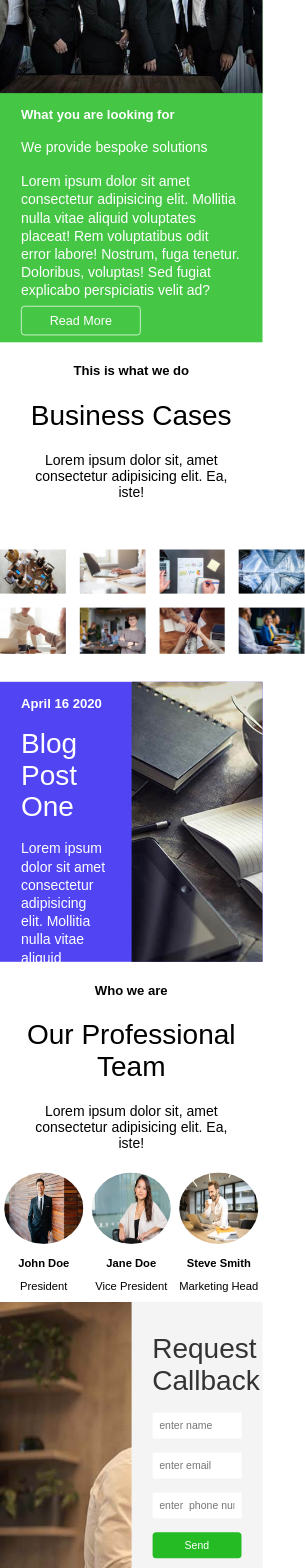
Repository: reemoon-ctrl/swiftdisk-Website-Flexbox
Page: index.html
The author's editor kept a copy of each file at every save. The page is drawn from the files as they stood at one save, then again after the next save.
The browser window is 375 px wide. The page is 435 px wide, so the pictures cover 435 px, including what lies to the right of the window. The pictures show the part of the page from y = 1900 to 4140 px (the page is 4272 px tall before and 4207 px after), at 70% of full size.
Some web fonts or font styles are not loaded; a fallback is used.

Above is the page before, as saved 2024-07-28 10:14:17.

### index.html
<!DOCTYPE html>
<html lang="en">
<head>
    <meta charset="UTF-8">
    <meta name="viewport" content="width=device-width, initial-scale=1.0">
    <title>
        Swift Desk
    </title>
    <link rel="stylesheet" href="https://cdnjs.cloudflare.com/ajax/libs/pretendard-gov/1.3.9/variable/pretendardvariable-gov.css" integrity="sha512-8+hQBaMPOtCpDlrIo2m0mrtjxkbHDG7Qn6+ftvl8QmG21EGNQTP8Qi76h2VgHyol77soXLVZuuZDX953JC10hw==" crossorigin="anonymous" referrerpolicy="no-referrer" />
    <link rel="stylesheet" href="https://cdnjs.cloudflare.com/ajax/libs/font-awesome/6.0.0-beta3/css/all.min.css">

    <link rel="stylesheet" href="index.css">
    <link rel="stylesheet" href="media.css">
</head>
<body>
    <div class="show-case">
        <header>
            <div class="nav-bar">
                <div class="title-bar">
                    <i class="fas fa-desktop fa-2x" style="color: rgb(37, 187, 37)"></i>
                    <h1 class="title"><span class="fword"> Swift</span>Desk</h1>
                </div>
                <div class="link-bar">
                    <a href="index.html">Home</a>
                    <a href="#about">About</a>
                    <a href="#cases">Cases</a>
                    <a href="#blog">Blog</a>
                    <a href="#contact">Contact</a>
                </div>
            </div>
        </header>
        <header class="hd-content">
            <h1>The Sky Is The Limit</h1>
            <p>We provide world class financial assistance
            </p>
            <a href=""><i class="fas fa-chevron-right "></i> Read More</a>

        </header>

    </div>
    <main>
        <div class="about-section">
            <ul id="about"class="about-srvice" >
                <li><i class="fas fa-university " ></i>
                    <h3>Portfolio Manager</h3>
                    <p>Lorem ipsum dolor sit, amet consectetur
                         adipisicing elit. Voluptate, voluptas!</p>
                </li>
                <li><i class="fas fa-book-open-reader " ></i>
                    <h3>Portfolio Manager</h3>
                    <p>Lorem ipsum dolor sit, amet consectetur
                         adipisicing elit. Voluptate, voluptas!</p></li>
                <li><i class="fas fa-pen-fancy " ></i>
                    <h3>Tax&Custodial</h3>
                    <p>Lorem ipsum dolor sit, amet consectetur
                         adipisicing elit. Voluptate, voluptas!</p></li>
            </ul>
        </div>
        <div>
            <div class="solutions">
                <div class="img"></div>
                <div class="solution-content">
                    <h3>What you are looking for</h3>
                    <h2>We provide bespoke solutions</h2>
                    <p>Lorem ipsum dolor sit amet consectetur
                        adipisicing elit. Mollitia nulla vitae aliquid voluptates placeat! Rem voluptatibus odit error labore! Nostrum, fuga tenetur. Doloribus, voluptas! Sed
                        fugiat explicabo perspiciatis velit ad?</p>
                    <a href="index.html">Read More</a>
                 </div>
            </div>
        </div>
        <div class="Business-case" id="cases">
            <div class="Business-case-content">
                <h3>This is what we do</h3>
                <h2>Business Cases</h2>
                <p>Lorem ipsum dolor sit, amet consectetur
                     adipisicing elit. Ea, iste!</p>
            </div>
            <div class="BC-image">
                <img class="BCimg BCimg1" src="/img/cases/cases1.jpg" alt="">
                <img  class="BCimg BCimg2" src="/img/cases/cases2.jpg" alt="">
                <img class="BCimg BCimg3" src="/img/cases/cases3.jpg" alt="">
                <img class="BCimg BCimg4" src="/img/cases/cases4.jpg" alt="">
                <img class="BCimg BCimg5" src="/img/cases/cases5.jpg" alt="">
                <img class="BCimg BCimg6" src="/img/cases/cases6.jpg" alt="">
                <img class="BCimg BCimg7" src="/img/cases/cases7.jpg" alt="">
                <img class="BCimg BCimg8" src="/img/cases/cases8.jpg" alt="">
            </div>
        </div>

        <div>
            <div class="blog" id="blog">
                <div class="img"></div>
                <div class="blog-content">
                    <h3>April 16 2020</h3>
                    <h2>Blog Post One</h2>
                    <p>Lorem ipsum dolor sit amet consectetur
                        adipisicing elit. Mollitia nulla vitae aliquid voluptates placeat! Rem voluptatibus odit error labore! Nostrum, fuga tenetur. Doloribus, voluptas! Sed
                        fugiat explicabo perspiciatis velit ad?</p>
                    <a href="blog.html">Read Our Blog</a>
                 </div>
            </div>
        </div>
        <div class="Business-case">
            <div class="Business-case-content">
                <h3>Who we are</h3>
                <h2>Our Professional Team</h2>
                <p>Lorem ipsum dolor sit, amet consectetur
                     adipisicing elit. Ea, iste!</p>
            </div>
            <div class="our-team">
                <ul class="team-image">
                    <li><img  class="tmimg tm-img1" src="/img/team/person1.jpg" alt=""><h4>John Doe</h4><p>President</p></li>
                    <li><img  class="tmimg tm-img2" src="/img/team/person2.jpg" alt=""><h4>Jane Doe</h4><p>Vice President</p></li>
                    <li><img class="tmimg tm-img3" src="/img/team/person3.jpg" alt=""><h4>Steve Smith</h4><p>Marketing Head</p></li>
                </ul>
            </div>
        </div>
        <div>
            <div class="request" id="contact">
                <div class="img"></div>
                <div class="form-content">
                    <h2>Request Callback</h2>
                    <form class="requwst-form"action="">
                        <input type="text" name="name" id="name" placeholder="enter name">
                        <input type="email" name="Email" id="Email" placeholder="enter email">
                        <input type="tel" name="phone" id="phone" placeholder="enter  phone number">
                        <input type="submit" value="Send" id="submit">
                    </form>


                 </div>

            </div>
        </div>

    </main>
    <footer>
        <ul class="footer-icon">
            <li><a href=""><i class="fa-brands fa-facebook"></i></a></li>
            <li><a href=""><i class="fa-brands fa-twitter"></i></a></li>
            <li><a href=""><i class="fa-brands fa-linkedin"></i></a></li>
            <li><a href=""><i class="fa-brands fa-youtube"></i></a></li>
        </ul>
        <p>copyright &copy; 2020-SwiftDesk</p>
    </footer>



</body>
</html>

### index.css
@import url('https://fonts.googleapis.com/css2?family=Open+Sans:ital,wght@0,300..800;1,300..800&family=Poppins:ital,wght@0,100;0,200;0,300;0,400;0,500;0,600;0,700;0,800;0,900;1,100;1,200;1,300;1,400;1,500;1,600;1,700;1,800;1,900&display=swap');


*{
    box-sizing: border-box;
    margin: 0;
    padding: 0;
}

body{
    font-family: 'Open Sans ', sans-serif;
}
h1,h2{
    font-weight: 300;
}
.nav-bar{
    display: flex;
    justify-content:space-between ;
    padding: 20px 20px;
    color:#fff;
    background-color: #333333cd;
    position: fixed;
    top: 0px;
    height:70px;
    width:100vw;
}
.title-bar{
    align-items: center;
    flex-grow: 1;
    display: flex;
    gap:.5rem;


}
.title-bar h1{
    display:inline-block;
    font-size:2.5rem;
    font-weight: 400;
}

.link-bar{

    /* flex-grow:1 ; */
    align-self: center;
    display: flex;
}
.link-bar a{
    padding: 23.5px 20px;
    color:#fff;
    text-decoration: none;


}
.link-bar a:hover{
    border-bottom: 2px #25bb25 solid;
}
.fword{
    color:#25bb25;
}
.show-case{
   height:100vh;
   text-align: center;
   color:#fff;
   position: relative;
   background:  url('img/home/showcase.jpg') no-repeat center center/cover;
}
.show-case *{
    z-index: 10;
}
.show-case::before{
    content:'';
    position: absolute;
    background: hsla(0%, 0%, 0%, 0.5);
    left: 0;
    top:0;
    width: 100%;
    height:100%;
}
.hd-content{
    padding-top: 18rem;
}
.hd-content h1{
    font-size: 3rem;
}
.hd-content p{
    font-size: 1.5rem;
    padding-top: .8rem;
    padding-bottom: .8rem;
}
.hd-content a{
    color: #fff;
    background:#45c745 ;
    padding: 10px 30px;
    border-radius: 5px;
    text-decoration: none;
    text-align: center;
    display: inline-block;
}
.about-section ul{
    display: flex;
    list-style: none;
    gap: 20px;

}
.about-srvice{
    padding: 50px ;
}
.about-srvice li{
    text-align: center;
}
.about-srvice li i{
    background-color: rgb(69, 199, 69);
    color:#fff;
    width:70px;
    height: 70px;
    border-radius: 70px;
    font-size: 40px;
    padding-top:15px ;


}
.about-srvice li h3{
    padding-top: 20px;
}
.about-srvice li p{
    padding-top: 20px;
    padding-bottom: 30px;
    font-size: 20px;
    color: dimgrey;
}

.solutions{
    display:flex;
    background: #45c745;

}
.solutions .img{
    width:50%;
    background: url('/img/home/people.jpg') center center/cover no-repeat;

}
.solution-content{
    color:#fff;
    padding:20px 30px;
    height:25rem;
    width: 50%;
}
.solution-content h2{
    font-size: 40px;
    font-weight: 500;
    padding: 1.5rem 0px;
}
.solution-content p{
    font-size: 20px;
    line-height: 1.3;
    margin-bottom: 20px;
}
.solution-content a{
    padding: 10px 40px;
    border: 1px solid;
    color:#fff;
    text-decoration: none;
    border-radius: 5px;
    font-size: 18px;

}
.Business-case{
    width: 100vw;
}
.Business-case-content{
    text-align: center;
    padding-left: 30px;
    padding-right: 30px;
}
.Business-case-content h3{
    padding: 30px 0px;
}
.Business-case-content h2{
   padding-bottom: 30px;
    font-size: 40px;
    font-weight: 500;
}
.Business-case-content p{
    padding-bottom: 30px;
    font-size: 20px;
}
.BC-image{
    display: grid;
    grid-template-columns:25% 25% 25% 25%;
   gap: 20px;
   padding: 40px 0px;
}
.BCimg{
    width: 100%;
    height:100%;
    object-fit: cover;


}
.BCimg:hover{
    opacity: 0.7;
}
/* //////////////////////////////////// */
.blog{
    display:flex;
    background: #5145f3;
    flex-direction: row-reverse;

}
.img{
    width:50%;
    background: url('/img/home/blog.jpg') center center/cover no-repeat;

}
.blog-content{
    color:#fff;
    padding:20px 30px;
}
.blog-content{
    height:25rem;
    width: 50%;
}
.blog-content h2{
    font-size: 40px;
    font-weight: 500;
    padding: 1.5rem 0px;
}
.blog-content p{
    font-size: 20px;
    line-height: 1.3;
    margin-bottom: 20px;
}
.blog-content a{
    padding: 10px 40px;
    border: 1px solid;
    color:#fff;
    text-decoration: none;
    border-radius: 5px;
    font-size: 18px;

}
.our-team{
    padding-bottom: 40px;
}
.team-image{
    display: flex;
    justify-content: space-around;
    width: 100vw;
    list-style: none;
    text-align: center;

}
.team-image li h4{
    padding: 15px;
}
.tmimg{
    width: 90%;
    height:70%;
    border-radius: 70%;

}
.request{
    display: flex;
    background-color: #f4f4f4;
}
.request .img{
    background: url(/img/home/contact.jpg);
}
.form-content{
    color:#333;
    padding:20px 30px;
    height:25rem;
    width: 50%;
}
.form-content h2{
    color:#333;
    font-size: 40px;
    font-weight: 500;
    padding: 1.5rem 0px;
    font-weight:lighter;
}
.requwst-form{
    display: flex;
    flex-direction: column;
    gap :20px;

}
.requwst-form input{
border: #ddd;
color: #333;
font-size: 15px;
padding: 10px;
}
.requwst-form input:focus{
    outline-color:#25bb25 ;
}
.requwst-form input[type=submit]{
    background: #25bb25;
    color:#fff;
    cursor: pointer;
    border-radius: 5px;


}
.requwst-form input[type=submit]:hover{
    background-color: #6de66d;

}
footer{
    background: #333;
    padding: 20px ;
}
.footer-icon{
    display: flex;
    align-items: center;
    justify-content: center;
    gap:25px;
}
.footer-icon li{
    list-style: none;
}
.footer-icon li a{
    color: #fff;
    font-size: 30px;
}
.footer-icon li a:hover{
    color: #45c745;
}

footer p{
    text-align: center;
    color: #fff;
    padding-top: 20px;

}
/* //////////blog page//////////////// */
#blog-case{
    height:fit-content;
    text-align: center;
    color:#fff;
    background:  url('img/home/blog.jpg') no-repeat center center/cover ;
 }
.blog-h1{
    font-size: 70px;
    font-weight: 400;
    padding-bottom: 50px;

 }
 .blog-light{
    display:flex;
    background: #fff;
    flex-direction: row-reverse;

}
.img-light{
    width:50%;
    background: url('/img/blog/blog1.jpg') center center/cover no-repeat;

}
.blog-content-light{
    color:#333;
    padding:20px 30px;
    height:25rem;
    width: 50%;
}
.blog-content-light h2{
    font-size: 40px;
    font-weight: 500;
    padding: .4rem 0px;
}
.blog-content-light h3{
    padding-bottom: 1.7rem;
}
.blog-content-light p{
    font-size: 20px;
    line-height: 1.3;
    margin-bottom: 20px;
}
.blog-content-light a{
    padding: 10px 30px;
    border: 1px solid;
    color:#fff;
    background-color: #333;
    text-decoration: none;
    border-radius: 5px;
    font-size: 18px;

}
.blog-dark{
    display:flex;
    background: #333;
    flex-direction: row-reverse;

}
.img-dark{
    width:50%;
    background: url('/img/blog/blog2.jpg') center center/cover no-repeat;

}
.blog-content-dark{
    color:#fff;
    padding:20px 30px;
    height:25rem;
    width: 50%;
}
.blog-content-dark h2{
    font-size: 40px;
    font-weight: 500;
    padding: .4rem 0px;
}
.blog-content-dark h3{
    padding-bottom: 1.7rem;
    font-weight:normal;
}
.blog-content-dark p{
    font-size: 20px;
    line-height: 1.3;
    margin-bottom: 20px;
}
.blog-content-dark a{
    padding: 10px 30px;
    border: 1px solid;
    color:#333;
    background-color: #fff;
    text-decoration: none;
    border-radius: 5px;
    font-size: 18px;

}
.last-blog .img-light{
    width:50%;
    background: url('/img/blog/blog3.jpg') center center/cover no-repeat;

}
.author{
    font-weight: 700;
}

### media.css
@media screen and (max-width:500px){
    .nav-bar{
        flex-direction: column;
        height:140px;
        justify-content: center;
        align-items: center;

    }
    .hd-content{
        padding-top: 15rem;
    }
    .hd-content h1{
        font-size: 1.5rem;
    }
    .hd-content p{
        font-size: .7rem;
        padding-top: .8rem;
        padding-bottom: .8rem;
    }
    .about-section ul{
        flex-direction: column;
    }
    .solutions{
        flex-direction: column;
    }
    .solutions .img{
        width:100%;
        height: 25rem;
    }
    .solution-content{
        width:100%;
        height: 100%;
    }
    .solution-content h2{
        font-size: 20px;
    }
    .solution-content p{
        font-size: ;
    }

}

After the next save:
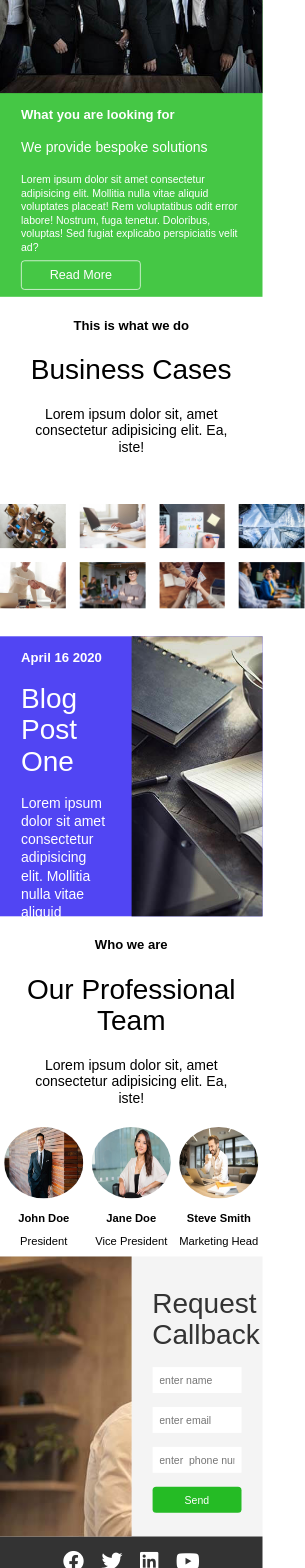
Saved 7 s later.
--- a/media.css
+++ b/media.css
@@ -35,7 +35,7 @@
         font-size: 20px;
     }
     .solution-content p{
-        font-size: ;
+        font-size: 15px;
     }
 
 }
